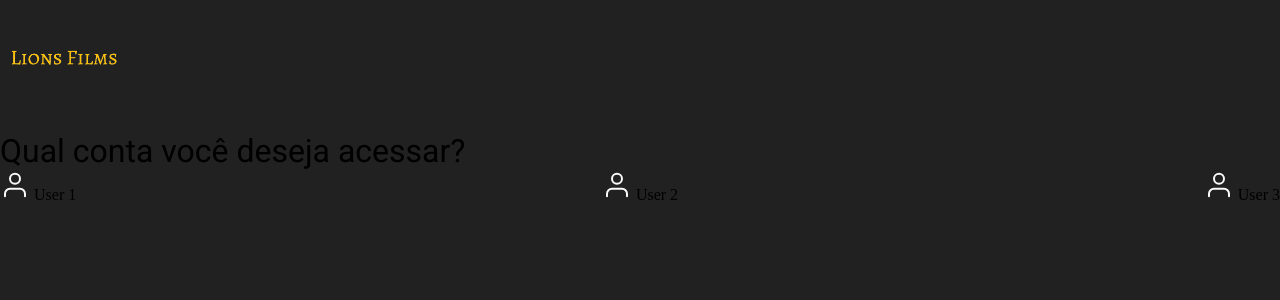
Repository: Leonngc/streaming-project
Page: index.html
The author's editor kept a copy of each file at every save. The page is drawn from the files as they stood at one save, then again after the next save.
The browser window is 1280 px wide. The pictures show the whole page.
The style sheet was rebuilt from its Sass, Less or Tailwind sources for each picture, by a compiler version that may differ from the author's.

Above is the page before, as saved 2023-09-02 12:38:00.

### index.html
<!DOCTYPE html>
<html lang="pt">
<head>
    <meta charset="UTF-8">
    <meta name="viewport" content="width=device-width, initial-scale=1.0">
    <title>Tela de Login</title>
    <link rel="stylesheet" href="styles/style.css">
</head>
<body>
    <header>
        <img src="streaming-assets/logo.png" alt="" class="logo small-container">
    </header>
    <main>
        <h1 class="roboto f400 font-title">Qual conta você deseja acessar?</h1>
        <div class="user-container flex align-center justify-space-between">
            <div class="users">
                <a href=""><img src="streaming-assets/user.svg" alt=""></a>
                <span>User 1</span>
            </div>
            <div class="users">
                <a href=""><img src="streaming-assets/user.svg" alt=""></a>
                <Span>User 2</Span>
            </div>
            <div class="users">
                <a href=""><img src="streaming-assets/user.svg" alt=""></a>
                <span>User 3</span>
            </div>
        </div>
    </main>
</body>
</html>

### styles/style.scss
@use "_core.scss";
@use "_layout.scss";

*{
    padding: 0;
    margin: 0;
    box-sizing: border-box;
}

body{
    background-color: core.$eerie-black;
}

### styles/_core.scss
//CDN Google Fonts
@import url('https://fonts.googleapis.com/css2?family=Roboto:ital,wght@0,100;0,300;0,400;0,500;0,700;0,900;1,100;1,300;1,400;1,500;1,700;1,900&display=swap');
// CORES

$yellow-amber: #ffc107;
$eerie-black: #212121;
$white: #fff;
$pigment-green: #4CAF50;
$giants-orange: #FF5722;

// Fonts
.roboto{ font-family: Roboto, 'sans-serif';}
.font-small{font-size:.8rem;}
.font-base{font-size: 1rem;}
.font-title{ font-size: 2rem;}

.f100{font-weight: 100;}
.f200{font-weight: 200;}
.f300{font-weight: 300;}
.f400{font-weight: 400;}
.f500{font-weight: 500;}
.bold{font-weight: bold;}
.lighter{font-weight: lighter;}
// Tamanhos
    // Widths
.small-container{width:10vw;}
.midle-container{width:50vw;}
.max-container{width:100vw;}

    // heights
.small-height{height:30vh;}
.midle-height{height:50vh;}
.max-height{height: 100vh;}

### styles/_layout.scss
//Flexbox

.flex {
  display: flex;
  align-items: center;
}

.justify-center{justify-content: center;}
.justify-space-around{justify-content: space-around;}
.justify-space-between{justify-content: space-between;}
.justify-space-evenly{justify-content: space-evenly;}
.justify-left{justify-content: left;}
.justify-right{justify-content: right;}
.align-center{align-items: center;}
.inline-flex {
  display: inline-flex;
}

.block {
  display: block;
}

.grid {
  display: grid;
}

.grid-two-columns {
  display: grid;
  grid-template-columns: 50% 50%;
}


//Margins

.m{margin: 2rem;}

.m-5{margin: 5rem;}

.m-6{margin: 6rem;}

.m-7{margin: 7rem;}

.m-8{margin: 8rem;}

.m-9{margin: 9rem;}

.m-10{margin: 10rem;}

.m-11{margin: 11rem;}

.m-12{margin: 12rem;}

.m-auto{margin: auto;}

.ml{margin-left: 1rem;}

.ml-2{margin-left: 2rem;}

.ml-3{margin-left: 3rem;}

.ml-4{margin-left: 4rem;}

.ml-5{margin-left: 5rem;}

.ml-6{margin-left:6rem;}

.ml-7{margin-left: 7rem;}

.ml-8{margin-left: 8rem;}

.ml-9{margin-left: 9rem;}

.ml-10{margin-left: 10rem;}

.ml-11{margin-left: 11rem;}

.ml-12{margin-left: 12rem;}

.mr{margin-right: 1rem;}

.mr-2{margin-right: 2rem;}

.mr-3{margin-right: 3rem;}

.mr-4{margin-right: 4rem;}

.mr-5{margin-right: 5rem;}

.mr-6{margin-right:6rem;}

.mr-7{margin-right: 7rem;}

.mr-8{margin-right: 8rem;}

.mr-9{margin-right: 9rem;}

.mr-10{margin-right: 10rem;}

.mr-11{margin-right: 11rem;}

.mr-12{margin-right: 12rem;}

.mt{margin-top: 1rem;}

.mt-2{margin-top: 2rem;}

.mt-3{margin-top: 3rem;}

.mt-4{margin-top: 4rem;}

.mt-5{margin-top: 5rem;}

.mt-6{margin-top:6rem;}

.mt-7{margin-top: 7rem;}

.mt-8{margin-top: 8rem;}

.mt-9{margin-top: 9rem;}

.mt-10{margin-top: 10rem;}

.mt-11{margin-top: 11rem;}

.mt-12{margin-top: 12rem;}

.mb{margin-bottom: 1rem;}

.mb-2{margin-bottom: 2rem;}

.mb-3{margin-bottom: 3rem;}

.mb-4{margin-bottom: 4rem;}

.mb-5{margin-bottom: 5rem;}

.mb-6{margin-bottom:6rem;}

.mb-7{margin-bottom: 7rem;}

.mb-8{margin-bottom: 8rem;}

.mb-9{margin-bottom: 9rem;}

.mb-10{margin-bottom: 10rem;}

.mb-11{margin-bottom: 11rem;}

.mb-12{margin-bottom: 12rem}

// Paddings

.p{padding: 2rem;}

.p-5{padding: 5rem;}

.p-6{padding: 6rem;}

.p-7{padding: 7rem;}

.p-8{padding: 8rem;}

.p-9{padding: 9rem;}

.p-10{padding: 10rem;}

.p-11{padding: 11rem;}

.p-12{padding: 12rem;}

.p-auto{padding: auto;}

.pl{padding-left: 2rem;}

.pl-5{padding-left: 5rem;}

.pl-6{padding-left: 6rem;}

.pl-7{padding-left: 7rem;}

.pl-8{padding-left: 8rem;}

.pl-9{padding-left: 9rem;}

.pl-10{padding-left: 10rem;}

.pl-11{padding-left: 11rem;}

.pl-12{padding-left: 12rem;}


.pr{padding-right: 2rem;}

.pr-5{padding-right: 5rem;}

.pr-6{padding-right: 6rem;}

.pr-7{padding-right: 7rem;}

.pr-8{padding-right: 8rem;}

.pr-9{padding-right: 9rem;}

.pr-10{padding-right: 10rem;}

.pr-11{padding-right: 11rem;}

.pr-12{padding-right: 12rem;}

.pt{padding-top: 2rem;}

.pt-5{padding-top: 5rem;}

.pt-6{padding-top: 6rem;}

.pt-7{padding-top: 7rem;}

.pt-8{padding-top: 8rem;}

.t-9{padding-top: 9rem;}

.pt-10{padding-top: 10rem;}

.pt-11{padding-top: 11rem;}

.pt-12{padding-top: 12rem;}


.pb{padding-bottom: 2rem;}

.pb-5{padding-bottom: 5rem;}

.pb-6{padding-bottom: 6rem;}

.pb-7{padding-bottom: 7rem;}

.pb-8{padding-bottom: 8rem;}

.pb-9{padding-bottom: 9rem;}

.pb-10{padding-bottom: 10rem;}

.pb-11{padding-bottom: 11rem;}

.pb-12{padding-bottom: 12rem;}

After the next save:
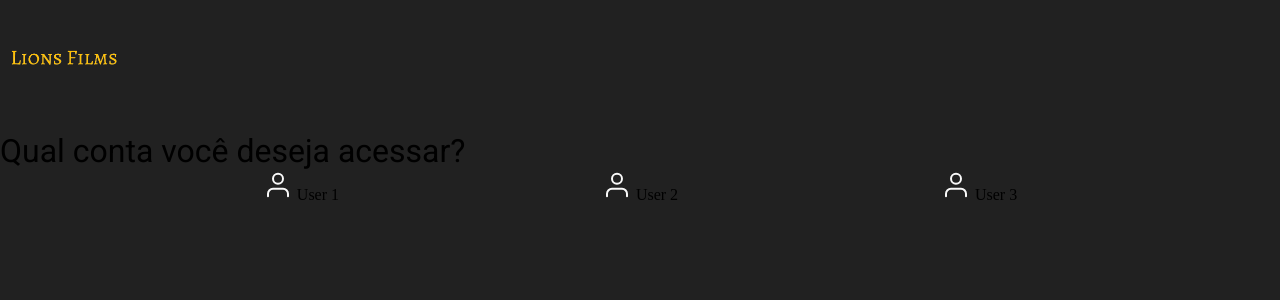
Saved 7 s later.
--- a/index.html
+++ b/index.html
@@ -12,7 +12,7 @@
     </header>
     <main>
         <h1 class="roboto f400 font-title">Qual conta você deseja acessar?</h1>
-        <div class="user-container flex align-center justify-space-between">
+        <div class="user-container flex align-center justify-space-evenly">
             <div class="users">
                 <a href=""><img src="streaming-assets/user.svg" alt=""></a>
                 <span>User 1</span>
